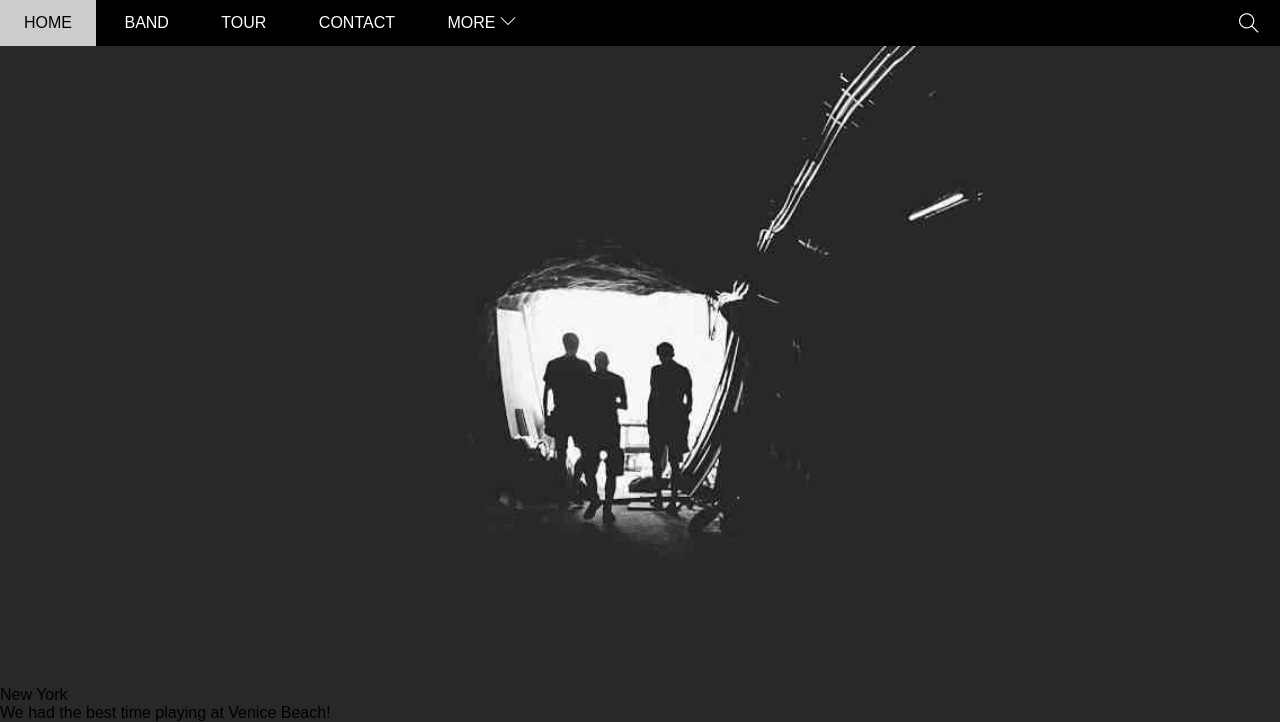
Repository: minhnguyennn/w3_band_music
Page: index.html
These files come from the project's save history. The page is drawn as it stood at one moment and after the next save; the edit follows.
The browser window is 1280 px wide. The pictures show the whole page.

Above is the page before, as saved 2023-02-18 20:19:19.

### index.html
<!DOCTYPE html>
<html lang="en">
<head>
    <meta charset="UTF-8">
    <meta http-equiv="X-UA-Compatible" content="IE=edge">
    <meta name="viewport" content="width=device-width, initial-scale=1.0">
    <title>Document</title>
    <link rel="stylesheet" href="./assets/css/style.css">
    <link rel="stylesheet" href="./assets/fonts/themify-icons-font/themify-icons/themify-icons.css">
</head>
<body>
    <div id="main">
        <div id="header">
            <!-- Begin: nav -->
            <ul id="nav">
                <li><a href="">Home</a></li>
                <li><a href="">Band</a></li>
                <li><a href="">Tour</a></li>
                <li><a href="">Contact</a></li>
                <li>
                    <a href="">
                        More
                        <i class="nav-arrow-down ti-angle-down"></i>
                    </a>
                    <ul class="subnav">
                        <li><a href="">Merchandise</a></li>
                        <li><a href="">Extras</a></li>
                        <li><a href="">Media</a></li>
                    </ul>
                </li>
            </ul>
            <!-- End: nav -->

            <!-- Begin: search button -->
            <div class="search-btn">
                <i class="search-icon ti-search"></i>
            </div>
            <!-- End: search button -->

        </div>

        <div id="slider">
            <div class="text-content">
                <div class="text-heading">New York</div>
                <div class="text-description">We had the best time playing at Venice Beach!</div>
            </div>
        </div>

        <div id="content">

        </div>

        <div id="footer">

        </div>

    </div>
</body>
</html>

### assets/css/style.css
/* Reset CSS */
* {
   padding: 0;
   margin: 0;
   box-sizing: border-box;
}

html {
   font-family: Arial, Helvetica, sans-serif;
}

#main {
}

#header {
   position: fixed;
   top: 0;
   left: 0;
   right: 0;
   height: 46px;
   background-color: #000;
}

#nav {
   display: inline-block;
}

#nav,
.subnav {
   list-style-type: none;
}

#nav > li {
   display: inline-block;
}

#nav li {
   position: relative;
}

#nav > li > a {
   color: #fff;
   text-transform: uppercase;
   padding: 0 24px;
   line-height: 46px;
}

#nav li a {
   text-decoration: none;
   display: inline-block;
}

#nav li:hover .subnav {
   display: block;
}

#nav > li:hover > a {
   color: #000;
   background-color: #ccc;
}

#nav > .nav-arrow-down {
   font-size: 14px;
}

#nav .subnav {
   min-width: 160px;
   display: none;
   position: absolute;
   top: 100%;
   left: 0;
   background-color: #fff;
   box-shadow: 0 0 10px gray;
}

#nav .subnav a {
   color: #000;
   padding: 0 16px;
   line-height: 32px;
}

#nav .subnav li:hover {
   background-color: #ccc;
}

#header > .search-btn {
   float: right;
   padding: 0 21px;
}

#header > .search-btn:hover {
   background-color: red;
   cursor: pointer;
}

#header > .search-btn > .search-icon {
   color: #fff;
   font-size: 20px;
   line-height: 46px;
}

#slider {
   margin-top: 46px;
   padding-top: 50%;
   background: url("/assets/img/Slider/slider1.jpg") top center / cover no-repeat;
}

#content {
}

#footer {
}

Loaded but not shown: assets/fonts/themify-icons-font/themify-icons/themify-icons.css (common file)

After the next save:
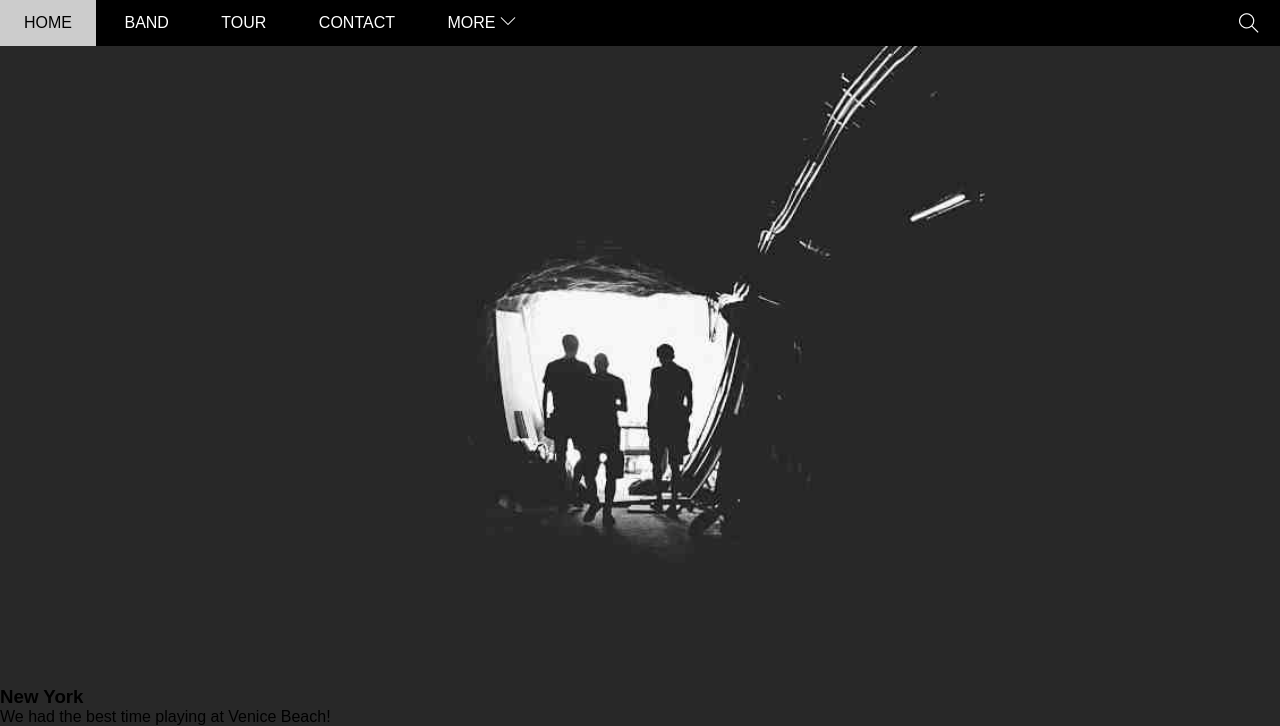
Saved 47 s later.
--- a/index.html
+++ b/index.html
@@ -41,7 +41,7 @@
 
         <div id="slider">
             <div class="text-content">
-                <div class="text-heading">New York</div>
+                <h3 class="text-heading">New York</h3>
                 <div class="text-description">We had the best time playing at Venice Beach!</div>
             </div>
         </div>
